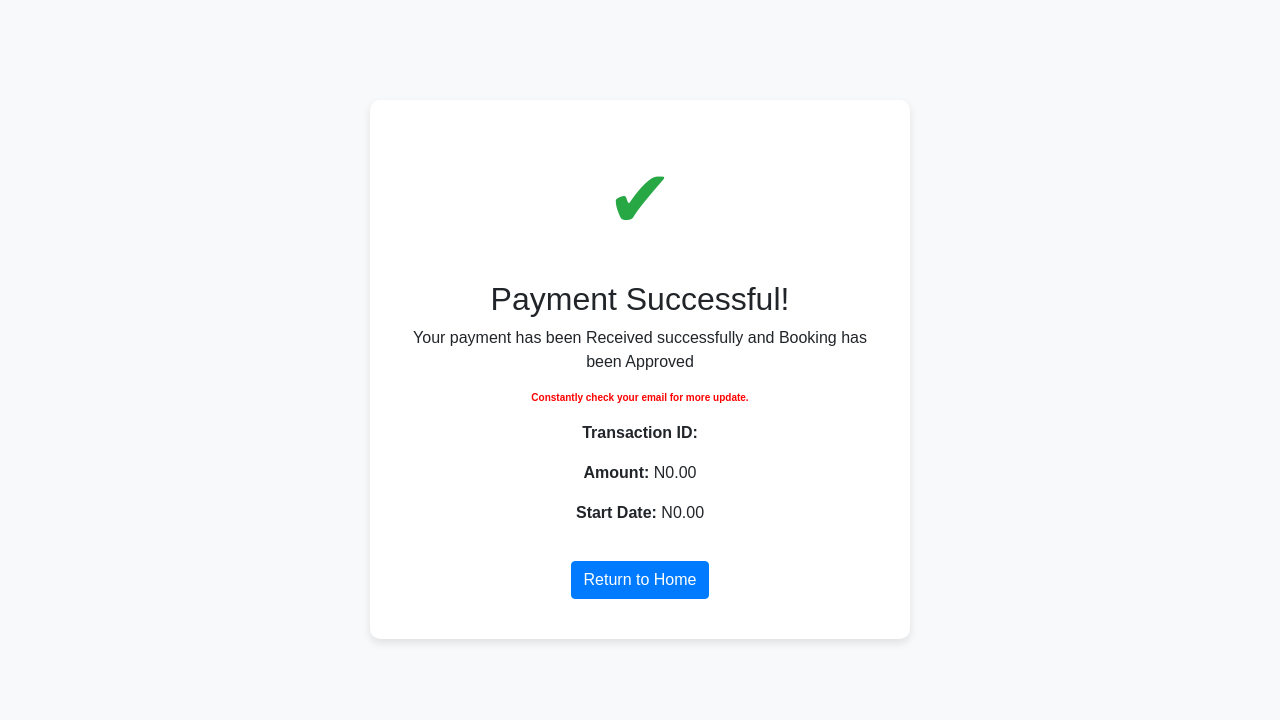
Repository: walterjnr1/Tourism-booking-system
Page: http://localhost/tourism_booking_system/home/pay_report.php
An editor plug-in stored every save of this project. The page is shown before and after a run of saves, followed by the edit.
The browser window is 1280 px wide. The pictures show the whole page.
The page is run by PHP 8.4 with error messages shown; the project is at /var/www/html/. The session is filled in as if someone had signed in: {"username": "eTech", "name": "Emediong Moses", "email": "newleastpaysolution@gmail.com", "logged": 1739095829}. Other server files are loaded and not shown. The database holds what the project's SQL file puts in it.

Above is the page before, as saved 2025-02-09 13:06:15.

### home/pay_report.php
<?php
include('../inc/config.php');
if (empty($_SESSION['username'])) {
    header("Location: login.php");
}
    ?>
<!DOCTYPE html>
<html lang="en">
<head>
    <!-- Basic Meta Tags -->
    <meta charset="UTF-8">
    <meta name="viewport" content="width=device-width, initial-scale=1.0">
    <meta http-equiv="X-UA-Compatible" content="IE=edge">

    <!-- Page Title -->
    <title>Payment Successful | <?php echo $sitename ?></title>
    <link rel="icon" type="image/png" sizes="16x16" href="../<?php echo $logo;?>">

    <!-- Bootstrap CSS -->
    <link rel="stylesheet" href="https://maxcdn.bootstrapcdn.com/bootstrap/4.5.2/css/bootstrap.min.css">

    <!-- Custom CSS -->
    <style>
        body {
            background-color: #f8f9fa;
            font-family: Arial, sans-serif;
        }
        .success-container {
            text-align: center;
            margin-top: 100px;
            padding: 40px;
            background-color: #ffffff;
            border-radius: 10px;
            box-shadow: 0 4px 8px rgba(0, 0, 0, 0.1);
        }
        .success-icon {
            font-size: 80px;
            color: #28a745;
            margin-bottom: 20px;
        }
        .btn-home {
            margin-top: 20px;
        }
    .style1 {
	font-size: 10px;
	font-weight: bold;
	color: #FF0000;
}
    </style>
</head>
<body>

    <!-- Payment Success Container -->
    <div class="container">
        <div class="row justify-content-center">
            <div class="col-md-6">
                <div class="success-container">
                    <!-- Success Icon -->
                    <div class="success-icon">✔</div>

                    <!-- Success Message -->
                    <h2>Payment Successful!</h2>
                    <p>Your payment has been Received successfully and Booking has been Approved</p>

					<p class="style1">Constantly check your email for more update.</p>

                    <!-- Additional Details (Optional) -->
                    <p><strong>Transaction ID:</strong> <span id="transaction-id"><?php echo $_SESSION['payment_reference'];  ?></span></p>
                    <p><strong>Amount:</strong> <span id="amount-paid">N<?php echo number_format((float)$_SESSION['payment_amount'] ,2);  ?></span></p>
                    <p><strong>Start Date:</strong> <span id="amount-paid">N<?php echo number_format((float)$_SESSION['payment_amount'] ,2);  ?></span></p>

                    <!-- Button to Return Home -->
                    <a href="index.php" class="btn btn-primary btn-home">Return to Home</a>
                </div>
            </div>
        </div>
    </div>

    <!-- Bootstrap JS and Dependencies -->
    <script src="https://ajax.googleapis.com/ajax/libs/jquery/3.5.1/jquery.min.js"></script>
    <script src="https://cdnjs.cloudflare.com/ajax/libs/popper.js/1.16.0/umd/popper.min.js"></script>
    <script src="https://maxcdn.bootstrapcdn.com/bootstrap/4.5.2/js/bootstrap.min.js"></script>
</body>
</html>

### inc/config.php
<?php
session_start();
error_reporting(1);
include('../database/connect.php');
include('../database/connect2.php');

//set time
date_default_timezone_set('Africa/Lagos');
$current_date = date('Y-m-d H:i:s');

// Define the current month and year
$current_month = date('m');
$current_year = date('Y');

//website data
$sitename = 'Online Tourism Booking System';
$logo ='uploadImage/Logo/logo.png';
$phone ='08067361023';

//fetch admin data
$username = $_SESSION["login_username"];
$stmt = $dbh->query("SELECT * FROM tbladmin where username='$username'");
$row2 = $stmt->fetch();
$fullname=$row2['fullname'];
$photo=$row2['photo'];
$email=$row2['email'];
$password=$row2['password'];

?>

### database/connect.php
<?php
// DB credentials.
define('DB_HOST','localhost');
define('DB_USER','root');
define('DB_PASS','');
define('DB_NAME','tourist_booking');

try
{
$dbh = new PDO("mysql:host=".DB_HOST.";dbname=".DB_NAME,DB_USER, DB_PASS,array(PDO::MYSQL_ATTR_INIT_COMMAND => "SET NAMES 'utf8'"));

}
catch (PDOException $e)
{
exit("Error: " . $e->getMessage());
}
?>

### database/connect2.php
<?php
/* Local Database*/

$servername = "localhost";
$username = "root";
$password = "";
$dbname = "tourist_booking";

// Create connection
$conn = mysqli_connect($servername, $username, $password, $dbname);
// Check connection
if (!$conn) {
    die("Connection failed: " . mysqli_connect_error());
}
?>

### tourist_booking.sql (the tables this page reads)
CREATE TABLE `tbladmin` (
  `id` int(4) NOT NULL,
  `username` varchar(120) NOT NULL,
  `password` text NOT NULL,
  `fullname` varchar(222) NOT NULL,
  `email` varchar(111) NOT NULL,
  `role` varchar(22) NOT NULL,
  `status` int(1) NOT NULL,
  `photo` text NOT NULL
) ENGINE=InnoDB DEFAULT CHARSET=utf8mb4 COLLATE=utf8mb4_general_ci;

INSERT INTO `tbladmin` (`id`, `username`, `password`, `fullname`, `email`, `role`, `status`, `photo`) VALUES
(1, 'walterjnr1', 'escobar2012', 'Ndueso Walter', 'newleastpaysolution@gmail.com', 'Admin', 1, 'uploadImage/Profile/photo1.jpg');

ALTER TABLE `tbladmin`
  ADD PRIMARY KEY (`id`);

ALTER TABLE `tbladmin`
  MODIFY `id` int(4) NOT NULL AUTO_INCREMENT, AUTO_INCREMENT=2;

After the next 4 saves:
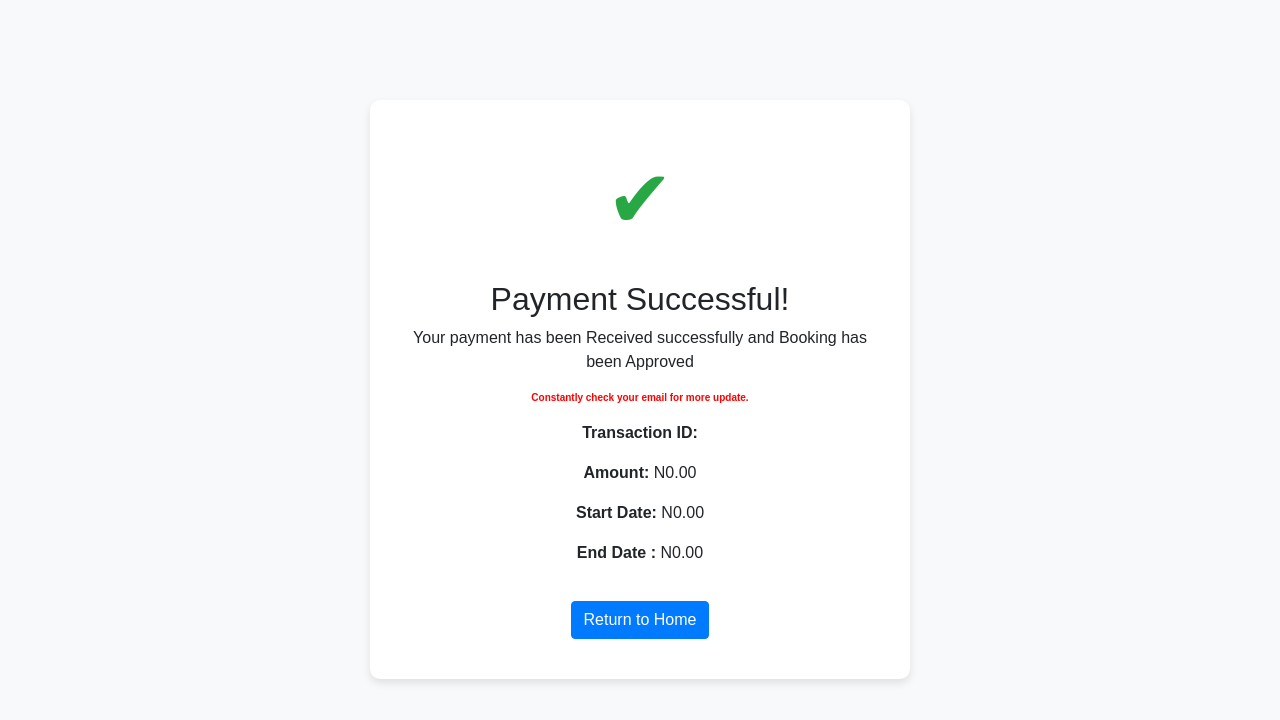
The 4 saves are shown as one change because they came seconds apart.
The last was saved 9 s later.
--- a/home/pay_report.php
+++ b/home/pay_report.php
@@ -68,6 +68,7 @@ if (empty($_SESSION['username'])) {
                     <p><strong>Transaction ID:</strong> <span id="transaction-id"><?php echo $_SESSION['payment_reference'];  ?></span></p>
                     <p><strong>Amount:</strong> <span id="amount-paid">N<?php echo number_format((float)$_SESSION['payment_amount'] ,2);  ?></span></p>
                     <p><strong>Start Date:</strong> <span id="amount-paid">N<?php echo number_format((float)$_SESSION['payment_amount'] ,2);  ?></span></p>
+                    <p><strong>End Date  :</strong> <span id="amount-paid">N<?php echo number_format((float)$_SESSION['payment_amount'] ,2);  ?></span></p>
 
                     <!-- Button to Return Home -->
                     <a href="index.php" class="btn btn-primary btn-home">Return to Home</a>
